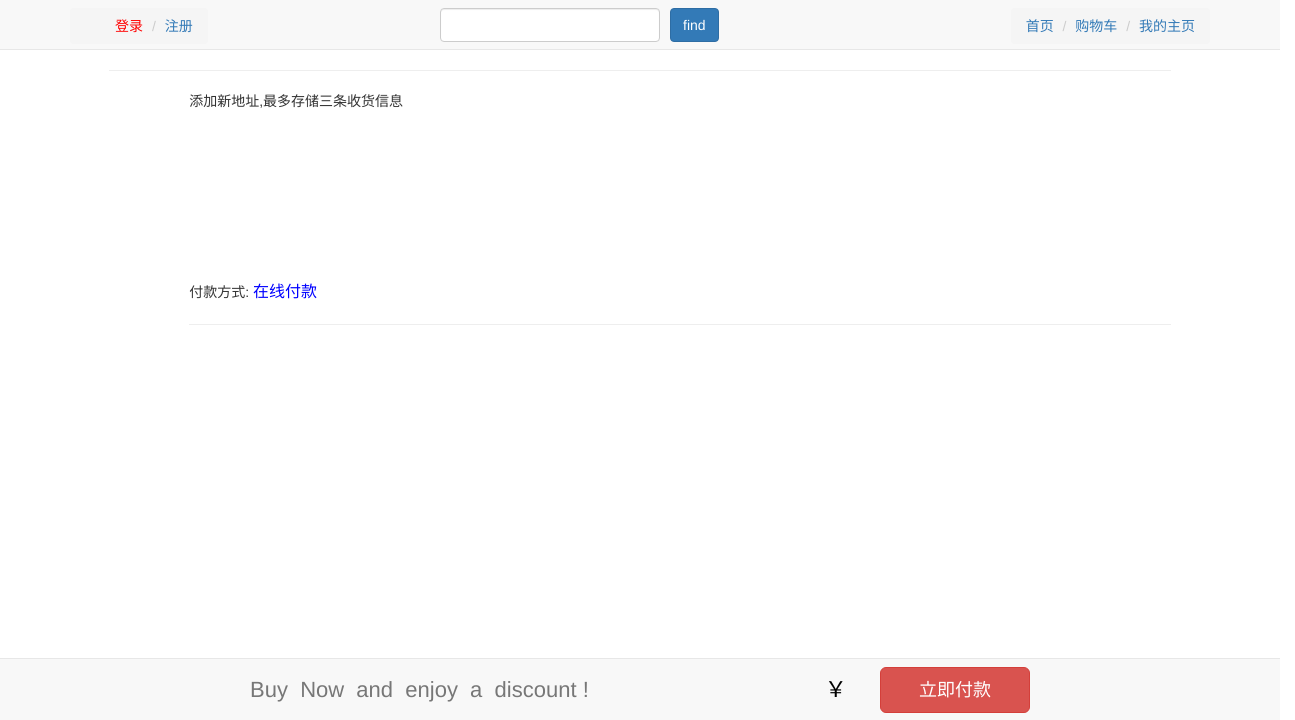
Repository: gaoKuoZqq/ExerciseJavaWebProject
Page: http://localhost/new_mall/WEB-INF/jsp/pay.jsp
These files come from the project's save history. The page is drawn as it stood at one moment and after the next save; the edit follows.
The browser window is 1280 px wide. The page is 1295 px wide, so the pictures cover 1295 px, including what lies to the right of the window. The pictures show the whole page.
The page is served by Tomcat 9. Nobody is signed in. The template is opened directly, without the code that normally fills it, so the values that code supplies are empty.

Above is the page before, as saved 2017-10-21 06:53:38.

After the next save:
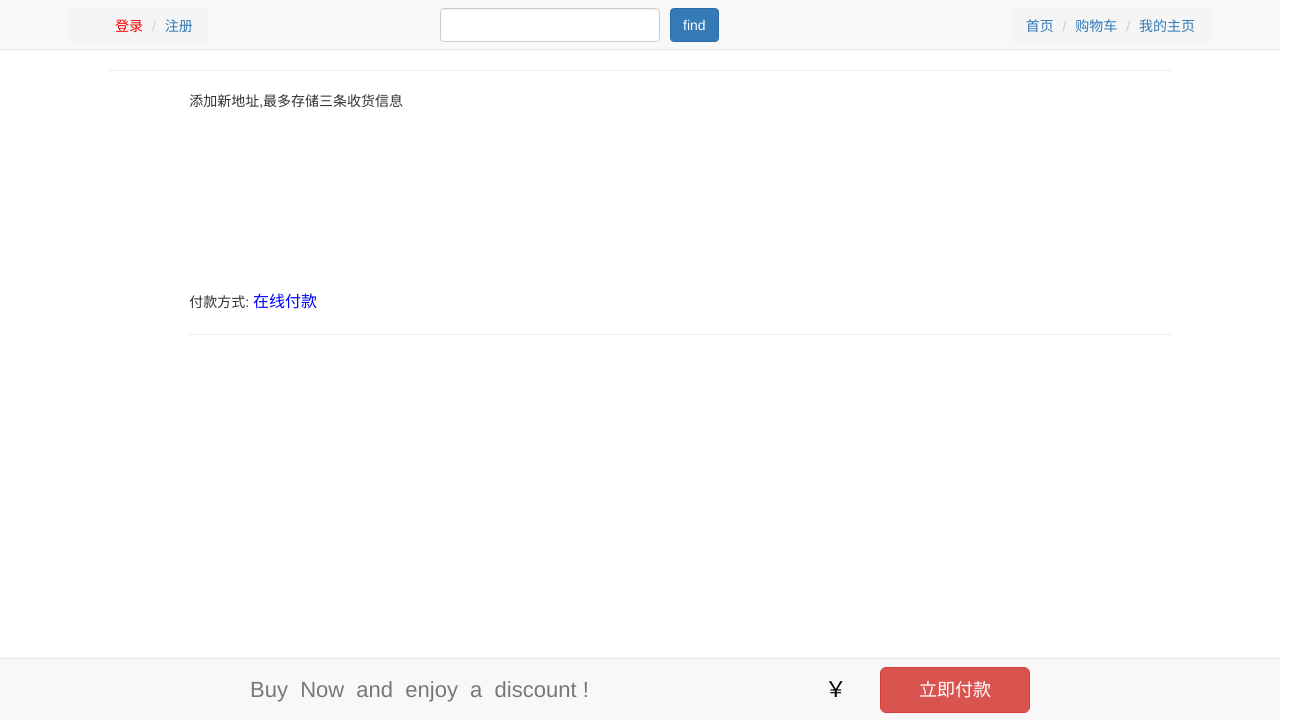
Saved 52 s later.
--- a/new_mall/WebContent/WEB-INF/jsp/pay.jsp
+++ b/new_mall/WebContent/WEB-INF/jsp/pay.jsp
@@ -21,7 +21,7 @@
 			<div style="height:40px; margin-left:80px;">
 				<p>添加新地址,最多存储三条收货信息</p>
 			</div>
-			<div class="row" style="height:150px;width:100%">
+			<div class="row" style="height:160px;width:100%">
 			<div class="col-md-2 col-sm-2" ></div>
 			<c:forEach items="${shippingsList }" var="shipping" varStatus="status">
 			<c:if test="${status.count < 4 }">
